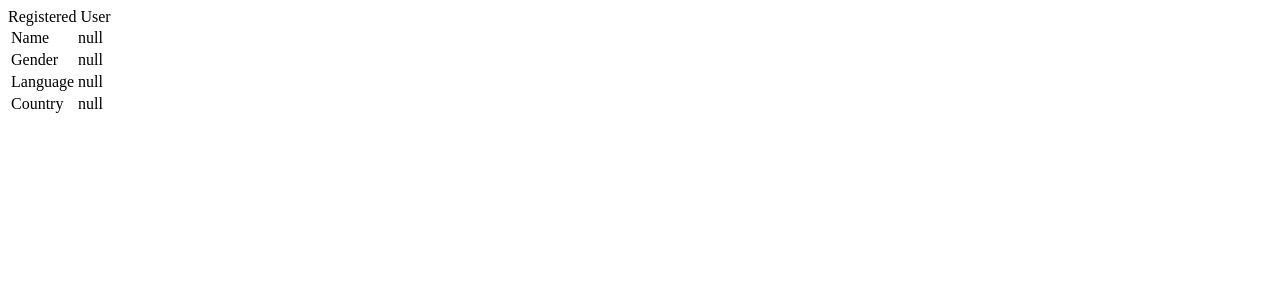
Repository: chirag555/Java_full_stack
Page: http://localhost/BasicMVC/about.jsp
The author's editor kept a copy of each file at every save. The page is drawn from the files as they stood at one save, then again after the next save.
The browser window is 1280 px wide. The pictures show the whole page.
The page is served by Tomcat 9. Other server files are loaded and not shown.

Above is the page before, as saved 2020-02-13 07:52:41.

### BasicMVC/WebContent/about.jsp
<%@ page language="java" contentType="text/html; charset=ISO-8859-1"
    pageEncoding="ISO-8859-1"%>
<!DOCTYPE html>
<html>
<head>
<meta charset="ISO-8859-1">
<title>Details Entered</title>
</head>
<body>
Registered User
<table>
<tr>
<td>Name</td>
<td><%=request.getParameter("name") %></td>
</tr>
<tr>
<td>Gender</td>
<td><%=request.getParameter("gender") %></td>
</tr>
<tr>
<td>Language</td>
<td><%=request.getParameter("language") %></td>
</tr>
<tr>
<td>Country</td>
<td><%=request.getParameter("country") %></td>
</tr>
</table>
</body>
</html>

After the next save:
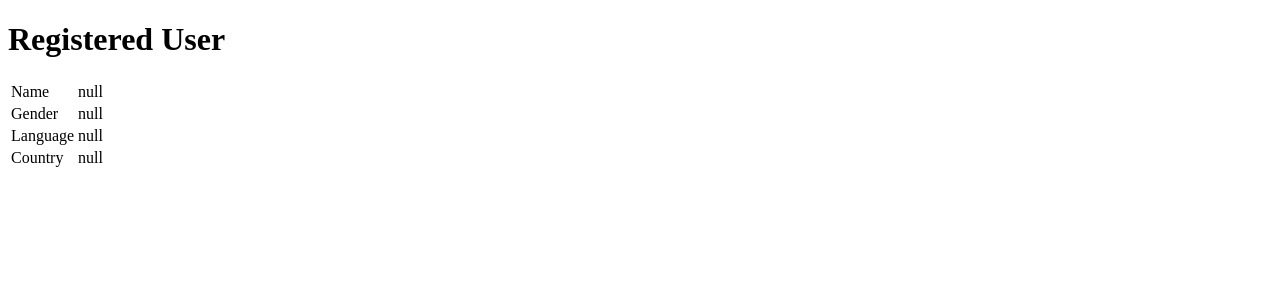
Saved 55 s later.
--- a/BasicMVC/WebContent/about.jsp
+++ b/BasicMVC/WebContent/about.jsp
@@ -7,7 +7,7 @@
 <title>Details Entered</title>
 </head>
 <body>
-Registered User
+<h1>Registered User</h1>
 <table>
 <tr>
 <td>Name</td>
